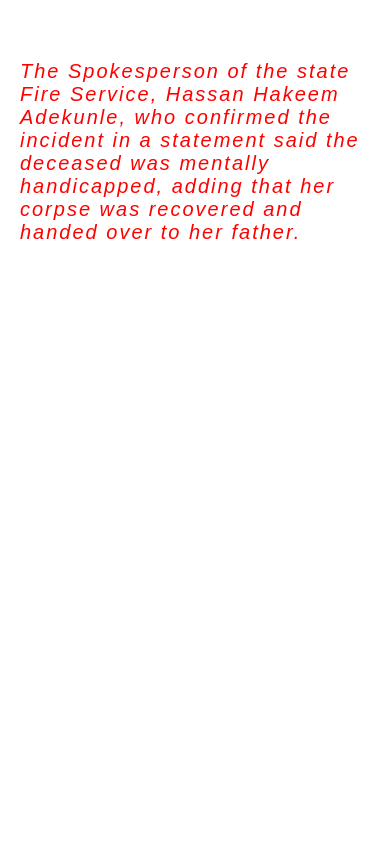
Repository: akinmiday/ReactNativeApp
Screen: /
These files come from the project's save history. The screen is drawn as it stood at one moment and after the next save; the edit follows.
The app was drawn by React Native's web renderer in a window 390 px wide. The project was rebuilt for these pictures with package versions that can differ from the ones it lists, and the page was loaded fresh each time.

Above is the screen before, as saved 2023-08-06 15:58:31.

### App.js
import { View, Text } from "react-native";
import styles from "./styles";
import { useState } from "react";

export default function App() {
  const { container, text } = styles;

  return (
    <View style={container}>
      <Text style={text}>
        The Spokesperson of the state Fire Service, Hassan Hakeem Adekunle, who
        confirmed the incident in a statement said the deceased was mentally
        handicapped, adding that her corpse was recovered and handed over to her
        father.
      </Text>
    </View>
  );
}

### styles.js
import { StyleSheet } from "react-native";

const styles = StyleSheet.create({
  container: {
    marginTop: 40,
    padding: 20,
    backgroundColor: "#fff",
    flex: 1,
  },
  input: {
    backgroundColor: "pink",
    marginTop: 20,
    padding: 20,
    marginTop: 20,
    marginBottom: 20,
  },
  text: {
    color: "red",
    fontSize: 20,
    fontFamily: "Arial",
    fontStyle: "italic",
    fontWeight: "normal",
    letterSpacing: 2,
  },
  button: {
    backgroundColor: "yellow",
    padding: 15,
    alignItems: "center",
    width: "50%",
    alignSelf: "center",
    borderWidth: 5,
    borderColor: "green",
    marginTop: 20,
  },
  item: {
    backgroundColor: "yellow",
    padding: 20,
    marginVertical: 5,
  },
  header: {
    fontSize: 15,
  },
  title: {
    fontSize: 10,
  },
});

export default styles;

After the next save:
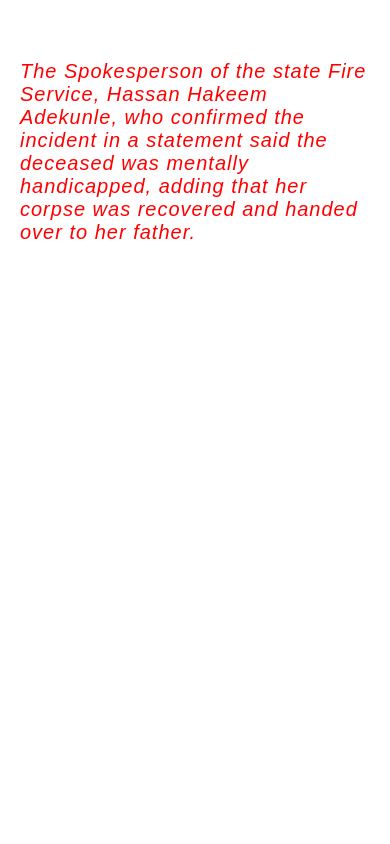
Saved 4 s later.
--- a/styles.js
+++ b/styles.js
@@ -20,7 +20,7 @@ const styles = StyleSheet.create({
     fontFamily: "Arial",
     fontStyle: "italic",
     fontWeight: "normal",
-    letterSpacing: 2,
+    letterSpacing: 1,
   },
   button: {
     backgroundColor: "yellow",
